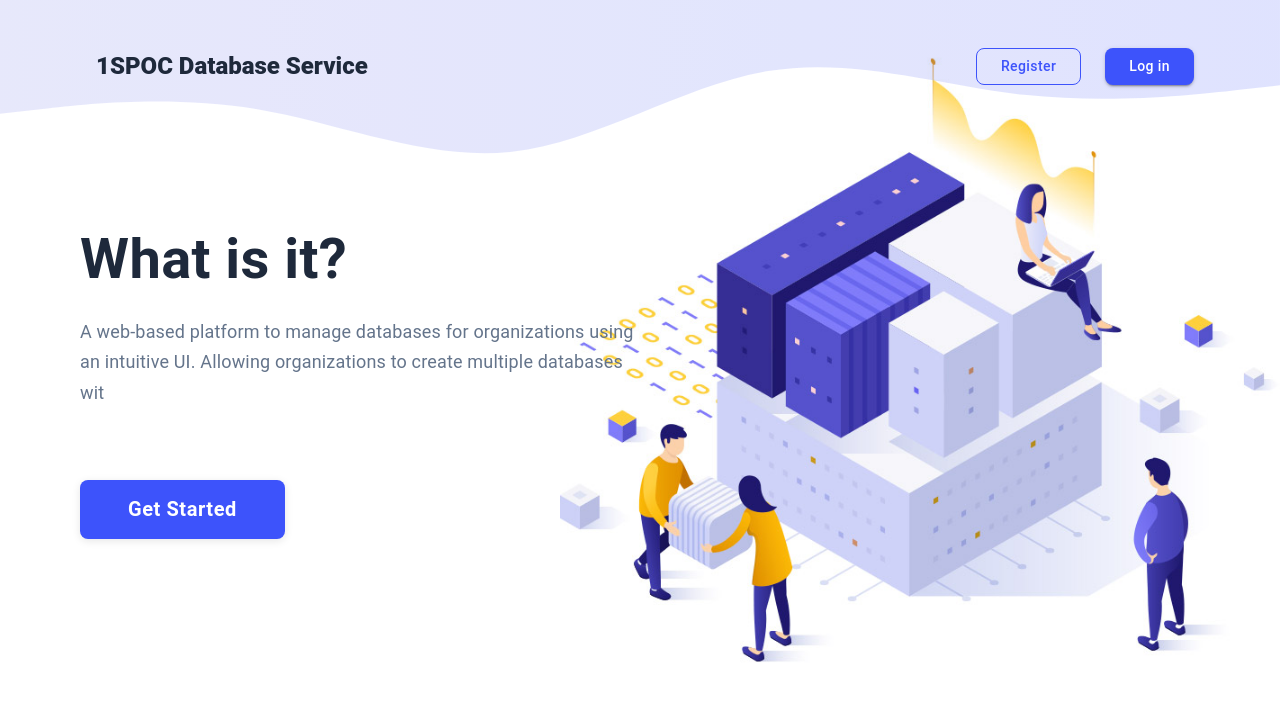
Repository: TanmayVaidya742/DbService
Page: / (app in frontend/)
The author's editor kept a copy of each file at every save. The page is drawn from the files as they stood at one save, then again after a run of saves.
The browser window is 1280 px wide. The pictures show the whole page.
The page's requests for data from a server got no answer. The project was rebuilt for these pictures with package versions that can differ from the ones it lists, and the page was loaded fresh each time. No one was signed in, and anything a server would have sent is missing. Also part of the build but not shown: frontend/src/components/Login.js, frontend/src/components/Register.js, frontend/src/components/Dashboard.js, frontend/src/components/AddDatabaseDialog.js, frontend/src/components/UserDashboard.js, frontend/src/components/Organizations.js, frontend/src/components/EditTableDialog.js, frontend/src/components/CreateTableDialog.js and 3 more.

Above is the page before, as saved 2025-05-08 10:55:59.

### frontend/src/App.js
import React, { useState, useEffect } from 'react';
import { BrowserRouter as Router, Routes, Route, Navigate } from 'react-router-dom';
import { ThemeProvider, createTheme } from '@mui/material';
import Login from './components/Login';
import Register from './components/Register';
import Dashboard from './components/Dashboard';
import LandingPage from './components/LandingPage';
import UserDashboard from './components/UserDashboard';
import Organizations from './components/Organizations';
import axios from 'axios';
import DatabaseDetails from './components/DatabaseDetails';
import './styles/theme.css';
import PricingPlans from './components/PricingPlans';


const theme = createTheme({
  palette: {
    primary: {
      main: '#1976d2',
    },
    secondary: {
      main: '#dc004e',
    },
  },
});

const PrivateRoute = ({ children }) => {
  const token = localStorage.getItem('token');
  return token ? children : <Navigate to="/" />;
};

function App() {
  const [hasUsers, setHasUsers] = useState(null);
  const [loading, setLoading] = useState(true);

  useEffect(() => {
    const checkUsers = async () => {
      try {
        const response = await axios.get('http://localhost:5000/api/auth/check-users');
        setHasUsers(response.data.hasUsers);
      } catch (error) {
        console.error('Error checking users:', error);
        setHasUsers(false);
      } finally {
        setLoading(false);
      }
    };

    checkUsers();
  }, []);

  if (loading) {
    return <div>Loading...</div>;
  }

  return (
    <ThemeProvider theme={theme}>
      <Router>
        <Routes>
          <Route path="/" element={<LandingPage />} />
          <Route
            path="/login"
            element={<Login />}
          />
          <Route
            path="/register"
            element={<Register />}
          />
          <Route
            path="/superadmin-dashboard"
            element={
              <PrivateRoute>
                <Dashboard />
              </PrivateRoute>
            }
          />
          <Route path="/databases" element={<UserDashboard />} />
          <Route path="/organizations" element={<Organizations />} />
          <Route path="/database/:dbName" element={<DatabaseDetails />} />
          <Route path="/pricing" element={<PricingPlans />} />


        </Routes>
      </Router>
    </ThemeProvider>
  );
}

export default App;

### frontend/src/styles/theme.css
:root {
  /* Color Palette - Blue Theme */
  --primary-color: #3d53fb; /* Tailwind's blue-500 */
  --primary-hover: #6b9efc; /* Tailwind's blue-600 */
  --primary-light: rgba(59, 130, 246, 0.08);
  --primary-light-hover: rgba(59, 130, 246, 0.12);
  --primary-text: white;

  --secondary-color: #6e74eb; /* Tailwind's blue-400 */
  --error-color: #515ff9;     /* Tailwind's red-500 */
  --success-color: #10b981;   /* Tailwind's emerald-500 */
  --warning-color: #f59e0b;   /* Tailwind's amber-500 */
  --info-color: #0ea5e9;      /* Tailwind's sky-500 */

  /* Background Colors */
  --bg-primary: #ffffff;
  --bg-secondary: #ffffff;    /* Tailwind's slate-50 */
  --bg-paper: #ffffff;

  /* Text Colors */
  --text-primary: #1e293b;    /* Tailwind's slate-800 */
  --text-secondary: #64748b;  /* Tailwind's slate-600 */
  --text-disabled: #94a3b8;   /* Tailwind's slate-400 */

  /* Borders */
  --border-color: rgba(0, 0, 0, 0.12);
  --border-radius: 8px;
  --border-radius-sm: 4px;

  /* Typography */
  --font-family: 'Roboto', 'Helvetica', 'Arial', sans-serif;
  --font-size-base: 1rem;
  --font-size-small: 0.875rem;
  --font-size-large: 1.25rem;

  /* Shadows */
  --shadow-sm: 0 1px 3px rgba(0,0,0,0.12);
  --shadow-md: 0 4px 6px rgba(0,0,0,0.1);
  --shadow-lg: 0 6px 20px rgba(0,0,0,0.1);

  /* Spacing */
  --spacing-unit: 8px;
}

/* Typography classes */
body {
  font-family: var(--font-family);
  color: var(--text-primary);
  background-color: var(--bg-secondary);
}

h1, h2, h3, h4, h5, h6 {
  color: var(--text-primary);
  font-weight: 600;
}

### frontend/src/components/LandingPage.js
import React from 'react';
import { useNavigate } from 'react-router-dom';
import { Button, Container, Typography, Grid } from '@mui/material';
import { styled } from '@mui/material/styles';

const MainSection = styled('section')({
  minHeight: '100vh',
  position: 'relative',
  overflow: 'hidden',
  overflowY: 'hidden',
  backgroundColor: 'rgba(250, 247, 247, 0.1)',
  backgroundImage: 'url(/assets/images/database.jpg)',
  backgroundPosition: 'center right',
  backgroundRepeat: 'no-repeat',
  backgroundSize: 'contain',
  display: 'flex',
  flexDirection: 'column',
  justifyContent: 'center', // Center content vertically
});

const WaveBackground = styled('div')({
  position: 'absolute',
  top: 0,
  left: 0,
  right: 0,
  zIndex: 0,
  opacity: 0.8, // Slightly reduce opacity for better blending
});

const Navbar = styled('nav')({
  position: 'relative',
  zIndex: 2,
  padding: '1.5rem 0', // Increased padding for better spacing
});

const NavContent = styled('div')({
  display: 'flex',
  justifyContent: 'space-between',
  alignItems: 'center',
  padding: '0 1rem', // Add padding for better alignment
});

const LogoContainer = styled('div')({
  display: 'flex',
  alignItems: 'center',
});

const NavButtons = styled('div')({
  display: 'flex',
  gap: '1.5rem', // Increased gap for better spacing between buttons
  justifyContent: 'flex-end',
});

const MainContent = styled('main')({
  position: 'relative',
  zIndex: 1,
  marginTop: '4rem', // Reduced to bring content closer to navbar
  flexGrow: 1, // Allow content to take remaining space
});

const ButtonGroup = styled('div')({
  display: 'flex',
  gap: '1.5rem', // Increased gap for better spacing
  marginTop: '2.5rem', // Slightly increased for balance
});

const ContentContainer = styled('div')({
  display: 'flex',
  flexDirection: 'column',
  justifyContent: 'center',
  height: '100%',
  padding: '3rem', // Increased padding for better spacing
  borderRadius: 'var(--border-radius)',
  maxWidth: '600px', // Constrain width for better readability
});

const LandingPage = () => {
  const navigate = useNavigate();

  return (
    <MainSection>
      <WaveBackground>
        <svg xmlns="http://www.w3.org/2000/svg" viewBox="0 0 1440 320" style={{ display: 'block' }}>
          <defs>
            <linearGradient id="wave-gradient" x1="0%" y1="0%" x2="100%" y2="0%">
              <stop offset="0%" stopColor="var(--secondary-color)" />
              <stop offset="100%" stopColor="var(--primary-color)" />
            </linearGradient>
          </defs>
          <path
            fill="url(#wave-gradient)"
            fillOpacity="0.2"
            d="M0,128L48,122.7C96,117,192,107,288,122.7C384,139,480,181,576,170.7C672,160,768,96,864,80C960,64,1056,96,1152,106.7C1248,117,1344,107,1392,101.3L1440,96L1440,0L1392,0C1344,0,1248,0,1152,0C1056,0,960,0,864,0C768,0,672,0,576,0C480,0,384,0,288,0C192,0,96,0,48,0L0,0Z"
          />
        </svg>
      </WaveBackground>

      <Navbar>
        <Grid paddingLeft={10} marginTop={3}>
          <NavContent>
            <Typography
              variant="h5"
              sx={{
                color: 'var(--text-primary)',
                fontWeight: 900,

                cursor: 'pointer',
                '&:hover': { color: 'var(--primary-color)' }
              }}
              onClick={() => navigate('/')}
            >
              1SPOC Database Service
            </Typography>
            <NavButtons>
            <Button
                variant="outlined"
                sx={{
                  borderColor: 'var(--primary-color)',
                  color: 'var(--primary-color)',
                  textTransform: 'none',
                  px: 3,
                  borderRadius: 'var(--border-radius)',
                  '&:hover': {
                    borderColor: 'var(--primary-hover)',
                    backgroundColor: 'var(--primary-light)',
                  }
                }}
                onClick={() => navigate('/register')}
              >
                Register
              </Button>
              <Button
                variant="contained"
                sx={{
                  bgcolor: 'var(--primary-color)',
                  color: 'var(--primary-text)',
                  textTransform: 'none',
                  px: 3,
                  borderRadius: 'var(--border-radius)',
                  '&:hover': {
                    bgcolor: 'var(--primary-hover)',
                  },
                  mr: '70px'


                }}
                onClick={() => navigate('/login')}
              >
                Log in
              </Button>
            </NavButtons>
          </NavContent>
        </Grid>
      </Navbar>

      <MainContent>
        <Grid maxWidth="lg">
          <Grid
            container
            spacing={4} // Reduced spacing for a tighter layout
            alignItems="center"
            justifyContent="flex-start"
            sx={{ minHeight: 'calc(100vh - 300px)' }}
          >
            <Grid item xs={12} md={6} sx={{ display: 'flex', flexDirection: 'column' }}>
              <ContentContainer>
                <Typography
                  variant="h4"
                  component="h3"
                  gutterBottom
                  sx={{
                    fontWeight: 700,
                    color: 'var(--text-primary)',
                    mb: 3,

                    ml: 4,
                    fontSize: { xs: '2.5rem', md: '3.5rem' },
                    lineHeight: 1.2,
                  }}
                >
                  What is it?
                </Typography>
                <Typography
                  variant="body1"
                  sx={{
                    color: 'var(--text-secondary)',
                    mb: 4,
                    ml:4,
                    fontSize: '1.125rem',
                    lineHeight: 1.7,
                    overflowWrap: 'break-word',
                    whiteSpace: 'normal',
                  }}
                >
                  A web-based platform to manage databases for organizations using an intuitive UI. Allowing organizations to create multiple databases wit
                </Typography>
                <ButtonGroup
                sx={{ml: 4}}>
                  <Button
                    variant="contained"
                    sx={{
                      bgcolor: 'var(--primary-color)',
                      color: 'var(--primary-text)',
                      textTransform: 'none',
                      px: 6,
                      py: 1.5,
                      fontSize: '1.25rem', // Increased font size for emphasis
                      fontWeight: 600, // Bold for emphasis
                      borderRadius: 'var(--border-radius)',
                      boxShadow: '0 2px 8px rgba(0, 0, 0, 0.1)', // Add subtle shadow
                      '&:hover': {
                        bgcolor: 'var(--primary-hover)',
                        boxShadow: '0 4px 12px rgba(0, 0, 0, 0.15)', // Enhanced hover effect
                      },
                    }}
                    onClick={() => navigate('/login')}
                  >
                    Get Started
                  </Button>
                </ButtonGroup>
              </ContentContainer>
            </Grid>
          </Grid>
        </Grid>
      </MainContent>
    </MainSection>
  );
};

export default LandingPage;

Loaded but not shown: frontend/public/index.html (common file); frontend/src/index.js (common file); frontend/src/index.css (common file); frontend/src/reportWebVitals.js (common file)

After the next 4 saves:
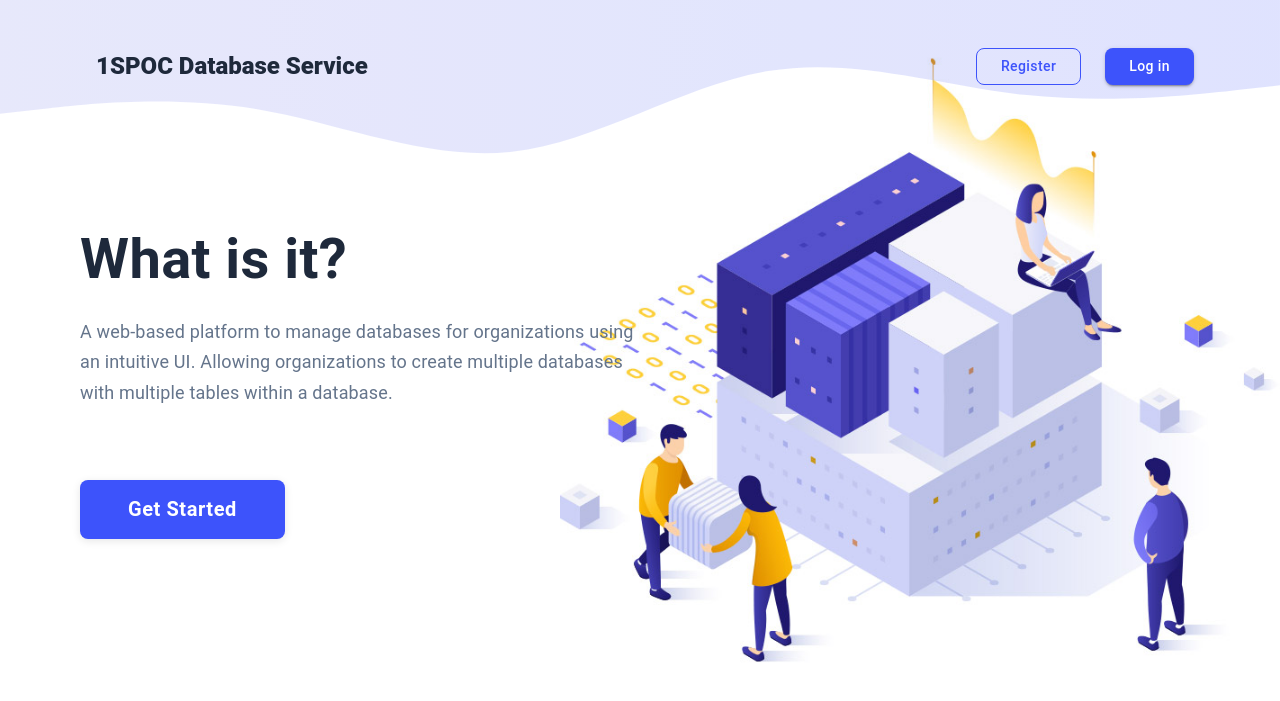
The 4 saves are shown as one change because they came seconds apart.
The last was saved 17 s later.
--- a/frontend/src/components/LandingPage.js
+++ b/frontend/src/components/LandingPage.js
@@ -192,7 +192,7 @@ const LandingPage = () => {
                     whiteSpace: 'normal',
                   }}
                 >
-                  A web-based platform to manage databases for organizations using an intuitive UI. Allowing organizations to create multiple databases wit
+                  A web-based platform to manage databases for organizations using an intuitive UI. Allowing organizations to create multiple databases with multiple tables within a database.
                 </Typography>
                 <ButtonGroup
                 sx={{ml: 4}}>
